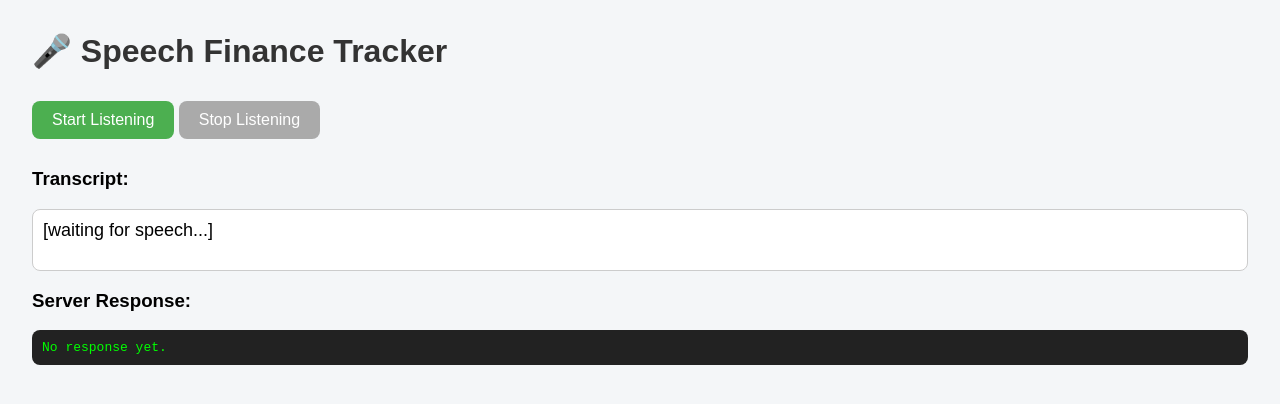
Repository: Aroxy22/finance-tracker
Page: backend/index.html
An editor plug-in stored every save of this project. The page is shown before and after the next save, followed by the edit.
The browser window is 1280 px wide. The pictures show the whole page.
The page's requests for data from a server got no answer.

Above is the page before, as saved 2025-09-08 18:45:39.

### backend/index.html
<!DOCTYPE html>
<html lang="en">
<head>
  <meta charset="UTF-8" />
  <title>Speech Finance Tracker</title>
  <style>
    body { font-family: Arial, sans-serif; margin: 2rem; background: #f4f6f8; }
    h1 { color: #333; }
    button { padding: 10px 20px; font-size: 16px; margin: 10px 0; cursor: pointer; border-radius: 8px; border: none; background: #4caf50; color: white; }
    button:disabled { background: #aaa; cursor: not-allowed; }
    #transcript { font-size: 18px; margin: 1rem 0; padding: 10px; background: white; border: 1px solid #ccc; border-radius: 8px; min-height: 40px; }
    pre { background: #222; color: #0f0; padding: 10px; border-radius: 8px; max-height: 300px; overflow-y: auto; }
  </style>
</head>
<body>
  <h1>🎤 Speech Finance Tracker</h1>
  <button id="startBtn">Start Listening</button>
  <button id="stopBtn" disabled>Stop Listening</button>
  <div>
    <h3>Transcript:</h3>
    <div id="transcript">[waiting for speech...]</div>
  </div>
  <div>
    <h3>Server Response:</h3>
    <pre id="response">No response yet.</pre>
  </div>
  <script>
    const startBtn = document.getElementById("startBtn");
    const stopBtn = document.getElementById("stopBtn");
    const transcriptDiv = document.getElementById("transcript");
    const responsePre = document.getElementById("response");
    let recognition;
    if ("webkitSpeechRecognition" in window) {
      recognition = new webkitSpeechRecognition();
    } else if ("SpeechRecognition" in window) {
      recognition = new SpeechRecognition();
    } else {
      alert("Speech Recognition not supported in this browser. Use Chrome!");
    }
    if (recognition) {
      recognition.continuous = false;
      recognition.interimResults = false;
      recognition.lang = "en-US";
      recognition.onstart = () => { startBtn.disabled = true; stopBtn.disabled = false; transcriptDiv.textContent = "Listening..."; };
      recognition.onend = () => { startBtn.disabled = false; stopBtn.disabled = true; };
      recognition.onerror = (event) => { transcriptDiv.textContent = "Error: " + event.error; };
      recognition.onresult = async (event) => {
        const transcript = event.results[0][0].transcript;
        transcriptDiv.textContent = transcript;
        try {
          const res = await fetch("/api/command", { method: "POST", headers: { "Content-Type": "application/json" }, body: JSON.stringify({ text: transcript }) });
          const data = await res.json();
          responsePre.textContent = JSON.stringify(data, null, 2);
        } catch (err) { responsePre.textContent = "Error talking to server: " + err; }
      };
      startBtn.onclick = () => recognition.start();
      stopBtn.onclick = () => recognition.stop();
    }
  </script>
</body>
</html>

After the next save:
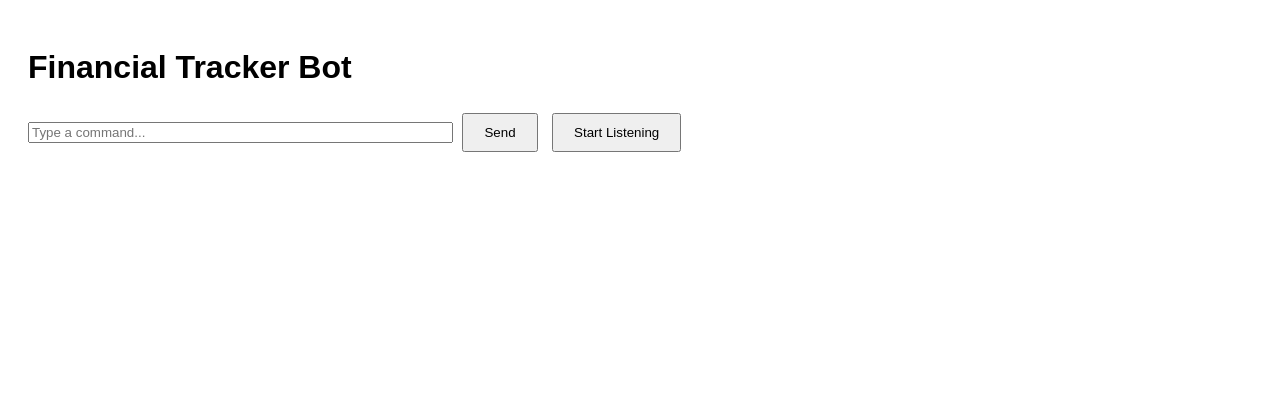
Saved 9 min 31 s later.
--- a/backend/index.html
+++ b/backend/index.html
@@ -1,61 +1,95 @@
 <!DOCTYPE html>
 <html lang="en">
 <head>
-  <meta charset="UTF-8" />
-  <title>Speech Finance Tracker</title>
-  <style>
-    body { font-family: Arial, sans-serif; margin: 2rem; background: #f4f6f8; }
-    h1 { color: #333; }
-    button { padding: 10px 20px; font-size: 16px; margin: 10px 0; cursor: pointer; border-radius: 8px; border: none; background: #4caf50; color: white; }
-    button:disabled { background: #aaa; cursor: not-allowed; }
-    #transcript { font-size: 18px; margin: 1rem 0; padding: 10px; background: white; border: 1px solid #ccc; border-radius: 8px; min-height: 40px; }
-    pre { background: #222; color: #0f0; padding: 10px; border-radius: 8px; max-height: 300px; overflow-y: auto; }
-  </style>
+<meta charset="UTF-8">
+<title>Financial Tracker Bot</title>
+<style>
+body { font-family: Arial; padding: 20px; }
+button { padding: 10px 20px; margin: 5px; }
+#transactions { margin-top: 20px; }
+</style>
 </head>
 <body>
-  <h1>🎤 Speech Finance Tracker</h1>
-  <button id="startBtn">Start Listening</button>
-  <button id="stopBtn" disabled>Stop Listening</button>
-  <div>
-    <h3>Transcript:</h3>
-    <div id="transcript">[waiting for speech...]</div>
-  </div>
-  <div>
-    <h3>Server Response:</h3>
-    <pre id="response">No response yet.</pre>
-  </div>
-  <script>
-    const startBtn = document.getElementById("startBtn");
-    const stopBtn = document.getElementById("stopBtn");
-    const transcriptDiv = document.getElementById("transcript");
-    const responsePre = document.getElementById("response");
-    let recognition;
-    if ("webkitSpeechRecognition" in window) {
-      recognition = new webkitSpeechRecognition();
-    } else if ("SpeechRecognition" in window) {
-      recognition = new SpeechRecognition();
-    } else {
-      alert("Speech Recognition not supported in this browser. Use Chrome!");
+
+<h1>Financial Tracker Bot</h1>
+
+<!-- Text input -->
+<input type="text" id="textInput" placeholder="Type a command..." size="50">
+<button onclick="sendText()">Send</button>
+
+<!-- Speech input -->
+<button id="speechBtn">Start Listening</button>
+
+<div id="response"></div>
+<div id="transactions"></div>
+
+<script>
+const responseDiv = document.getElementById("response");
+const transactionsDiv = document.getElementById("transactions");
+
+async function sendCommand(text) {
+    const res = await fetch("/api/command", {
+        method: "POST",
+        headers: {"Content-Type":"application/json"},
+        body: JSON.stringify({text})
+    });
+    const data = await res.json();
+
+    // Handle need_amount
+    if (data.status === "need_amount") {
+        let amt = prompt(data.message);
+        if(amt) sendCommand(`${data.description} ${amt}`);
+        return;
     }
-    if (recognition) {
-      recognition.continuous = false;
-      recognition.interimResults = false;
-      recognition.lang = "en-US";
-      recognition.onstart = () => { startBtn.disabled = true; stopBtn.disabled = false; transcriptDiv.textContent = "Listening..."; };
-      recognition.onend = () => { startBtn.disabled = false; stopBtn.disabled = true; };
-      recognition.onerror = (event) => { transcriptDiv.textContent = "Error: " + event.error; };
-      recognition.onresult = async (event) => {
+
+    responseDiv.innerText = JSON.stringify(data, null, 2);
+
+    if(data.status === "ok" && data.action !== undefined) {
+        listTransactions();
+    }
+}
+
+function sendText() {
+    const text = document.getElementById("textInput").value;
+    if(text) sendCommand(text);
+}
+
+// List transactions
+async function listTransactions() {
+    const res = await fetch("/api/command", {
+        method: "POST",
+        headers: {"Content-Type":"application/json"},
+        body: JSON.stringify({text: "list"})
+    });
+    const data = await res.json();
+    transactionsDiv.innerHTML = "<h3>Transactions:</h3>" + JSON.stringify(data.transactions, null, 2);
+}
+
+// Speech recognition
+const speechBtn = document.getElementById("speechBtn");
+let recognition;
+if('webkitSpeechRecognition' in window){
+    recognition = new webkitSpeechRecognition();
+    recognition.continuous = false;
+    recognition.interimResults = false;
+    recognition.lang = "en-US";
+
+    recognition.onresult = function(event){
         const transcript = event.results[0][0].transcript;
-        transcriptDiv.textContent = transcript;
-        try {
-          const res = await fetch("/api/command", { method: "POST", headers: { "Content-Type": "application/json" }, body: JSON.stringify({ text: transcript }) });
-          const data = await res.json();
-          responsePre.textContent = JSON.stringify(data, null, 2);
-        } catch (err) { responsePre.textContent = "Error talking to server: " + err; }
-      };
-      startBtn.onclick = () => recognition.start();
-      stopBtn.onclick = () => recognition.stop();
-    }
-  </script>
+        sendCommand(transcript);
+    };
+
+    recognition.onerror = function(event){ alert("Speech error: "+event.error); };
+
+    speechBtn.onclick = () => recognition.start();
+}else{
+    speechBtn.disabled = true;
+    speechBtn.innerText = "Speech not supported";
+}
+
+// Initial list
+listTransactions();
+</script>
+
 </body>
 </html>
